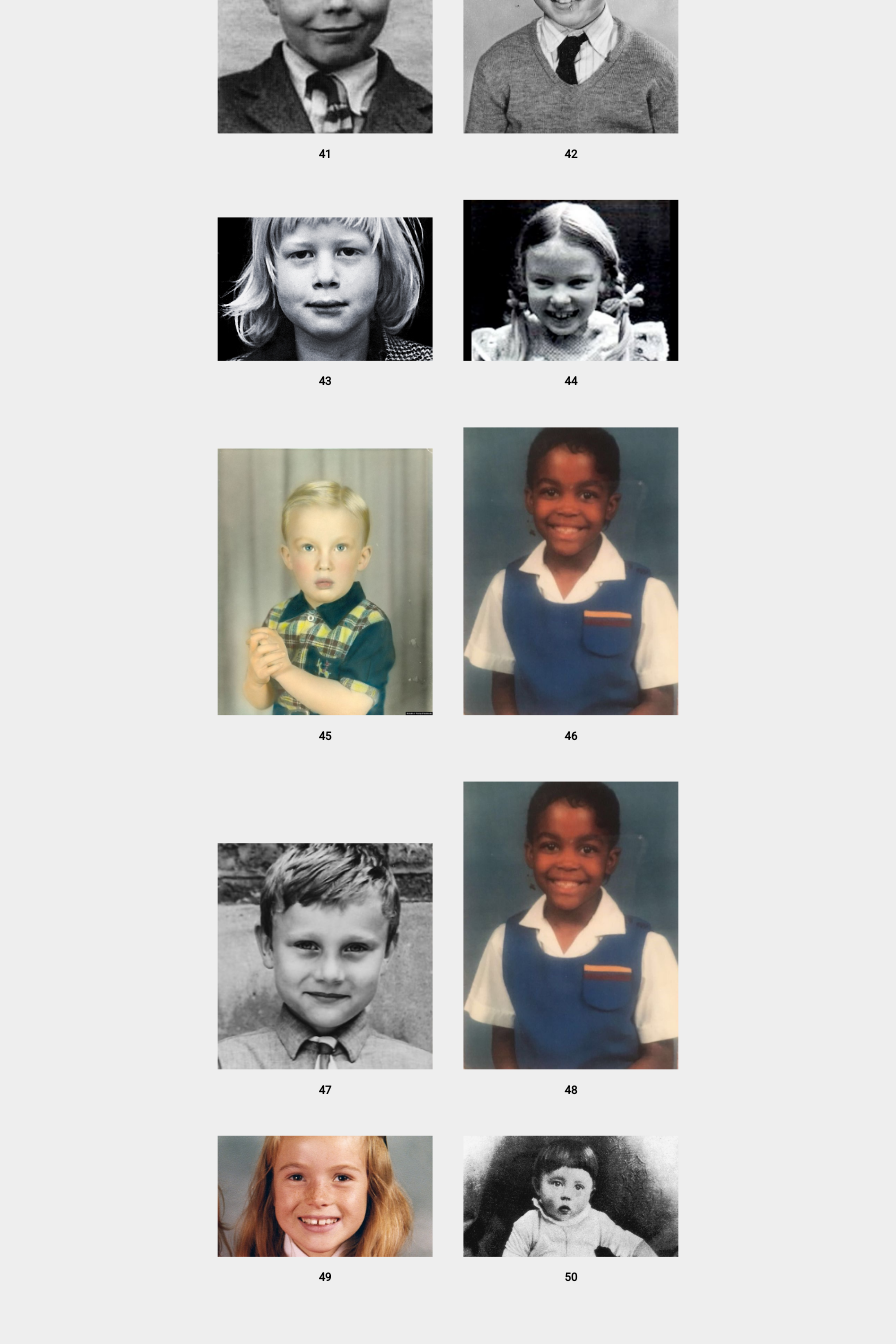
Repository: Domehead123/quiz
Page: index.html
The author's editor kept a record of every edit. The page is drawn from the files as they stood at one moment, then again after the next edit.
The browser window is 1280 px wide. The pictures show the part of the page from y = 2772 to 4692 px (the page is 4692 px tall before and 4609 px after), at 70% of full size.

Above is the page before.

### index.html
<!DOCTYPE html>
<html lang="en">
<head>
    <meta charset="UTF-8">
    <meta name="viewport" content="width=device-width, initial-scale=1.0">
    <meta http-equiv="X-UA-Compatible" content="ie=edge">
    <link href="https://fonts.googleapis.com/css2?family=Righteous&family=Roboto&display=swap" rel="stylesheet">
    <link rel="stylesheet" href="style.css" type="text/css" />
    <title>Quiz</title>
</head>
<body>

<div class="container">
    <h1>Quiz</h1>
    <p>Fifty questions. You can google the answers if you want, but you may have to do a bit more detective work.</p>
    <p>The answers will appear here at 7pm on Sunday 10 May.</p>
    </div>

    <div class="section one">
        <div class="container">
        <h2>Number Abbreviations</h2>


        <p>e.g 7 D in a W = 7 Days in a Week</p>
        <ol>
        <li>12 S of the Z</li>
<li>1000 Y in a M</li>
<li>13 in a B D</li>
<li>S W of H the E</li>
<li>86,400 S in a D</li>
<li>21 D on a 6-S D</li>
<li>An O has 3 H and up to 9 B</li>
<li>H normally have 23 P of C</li>
<li>12 A have W on the M</li>
<li>42 was the A to L, the U and E</li>
</ol>
        </div>
    </div>

        <div class="section two">
        <div class="container">
        <h2>Anagrams</h2>



        <ol start="11">
        <li>Prod Tonally (Singer)</li>
<li>Ablutions (Sportsman)</li>
<li>Bionic Drama (Politician)</li>
<li>A Nude Rove (TV programme)</li>
<li>Smearing Pro (TV presenter)</li>
<li>Easily Corona (Film)</li>
<li>Gushing Therewith Book)</li>
<li>Actions Anew (Scientist)</li>
<li>A Poetic Motorman (Public figure)</li>
<li>Anal Delve (Comedian)</li>

</ol>
        </div>
    </div>


        <div class="section three">
        <div class="container">
              <h2>Sequences</h2>
   <p>What comes next?</p>
        <ol start="21">
        <li>M, V, E, M, J, S, U, ____</li>
 <li>William, Patrick, Jon, Tom, Peter, Colin, ____</li>
 <li>2, 5, 10, 17, 26, 37, ____</li>
 <li>Sergeant, Nurse, Teacher, Constable, ____</li>
 <li>Wood, Tin, Crystal, Porcelain, ____</li>
 <li>Ghana, Togo, Burkina Faso, Mali, Algeria, Spain, France, ____</li>
 <li>3, 3, 5, 4, 4, 3, 5, 5, 4, ____</li>
 <li>1, 18, 4, 13, 6, ____</li>
 <li>FF0000, FFA500, FFFF00, 008000, 0000FF, 4B0082, ____</li>
 <li>1948, 1982, 2013, 2015, 2018, 1984, 2019, ____</li>

</ol>
        </div>
    </div>


        <div class="section four">
        <div class="container">
        <h2>Connections</h2>


        <p>What connects these things? (You really need to think laterally for this)</p>
        <ol start="41">
        <li>Irving Berlin, Bob Hope, Hal Roach, Princess Alice – Duchess of Gloucester</li>
<li>Shakespeare, Blakes 7, Anthony Eden, cosmetics</li>
<li>Brackley, Exeter, Newcastle</li>
<li>The Beatles, chess, New Zealand, Commodore</li>
<li>The Beatles, Sinbad and the Eye of the Tiger, moustache, Lewis Caroll</li>
<li>Argentine, pager, wiki, onager</li>
<li>Laurel and Hardy, Big Brother, Dracula, the Hound of the Baskervilles, Cybernauts, Daleks, Death Star</li>
<li>A berkshire boar, a 1960s TV spy, cognac, a card game</li>
<li>Holly Golightly, FDR, Jim Carrey, Grace Adler</li>
<li>Bombing of Hiroshima, a Serbian-American inventor, Louise Brooks, La Pucelle d'Orléans</li>
</ol>
        </div>
    </div>

        <div class="section five">
        <div class="container">
        <h2>Pictures</h2>


        <p>Who are they?</p>

<div class="image">
    <img src="images/1.jpg">
    <p>41</p>
</div>
<div class="image">
    <img src="images/2.jpg">
    <p>42</p>
</div>
<div class="image">
    <img src="images/3.jpg">
    <p>43</p>
</div>
<div class="image">
    <img src="images/8.jpg">
    <p>44</p>
</div>
<div class="image">
    <img src="images/5.jpg">
    <p>45</p>
</div>
<div class="image">
    <img src="images/4.jpg">
    <p>46</p>
</div>
<div class="image">
    <img src="images/7.jpg">
    <p>47</p>
</div>
<div class="image">
    <img src="images/4.jpg">
    <p>48</p>
</div>
<div class="image">
    <img src="images/9.jpg">
    <p>49</p>
</div>
<div class="image">
    <img src="images/10.jpg">
    <p>50</p>
</div>
        </div>
    </div>


</body>
</html>

### style.css
body {
font-family: 'Roboto', sans-serif;
background: #000;
color: #fff;
margin: 0;
text-align: center;
}

.container {
    width: 80%;
    margin: 0 auto;
}

p {
    font-weight: bold;
}

h1 {
font-family: 'Righteous', cursive;
font-size: 5em;
}

h2 {
font-family: 'Righteous', cursive;
font-size: 2em;
}


.section {
    padding: 30px 0 50px 0;
}

.one {
    background: #333;
    margin-top: 70px;
}

.two {
    background: #666;
}

.three {
    background: #999;
}

.four {
    background: #BBB;
    color: #000;
}

.five {
    background: #eee;
    color: #000;
}


ol {
    width: 60%;
    text-align: left;
    margin: 0 auto;
}

li  {
margin: 10px 0 ;
}

.image {
    width: 30%;
    display: inline-block;
    margin: 20px;
}

.image img {
    max-width: 100%;
}

@media only screen and (max-width: 764px) {

 .container {
     width: 90%;
 }

 .image {
     width: 100%;
     margin: 10px 0;
 }
}

After the next edit:
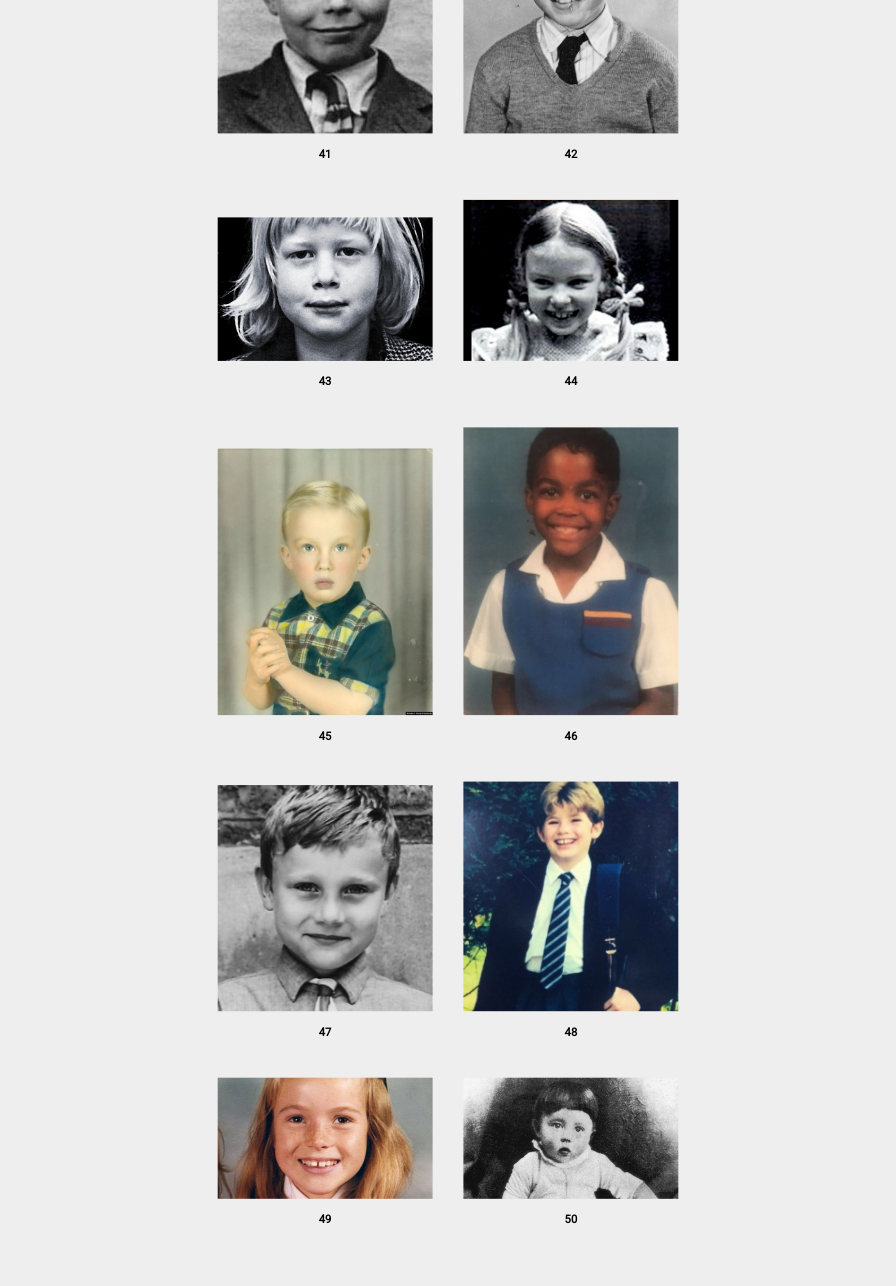
The edit:
--- a/index.html
+++ b/index.html
@@ -138,7 +138,7 @@
     <p>47</p>
 </div>
 <div class="image">
-    <img src="images/4.jpg">
+    <img src="images/6.jpg">
     <p>48</p>
 </div>
 <div class="image">
